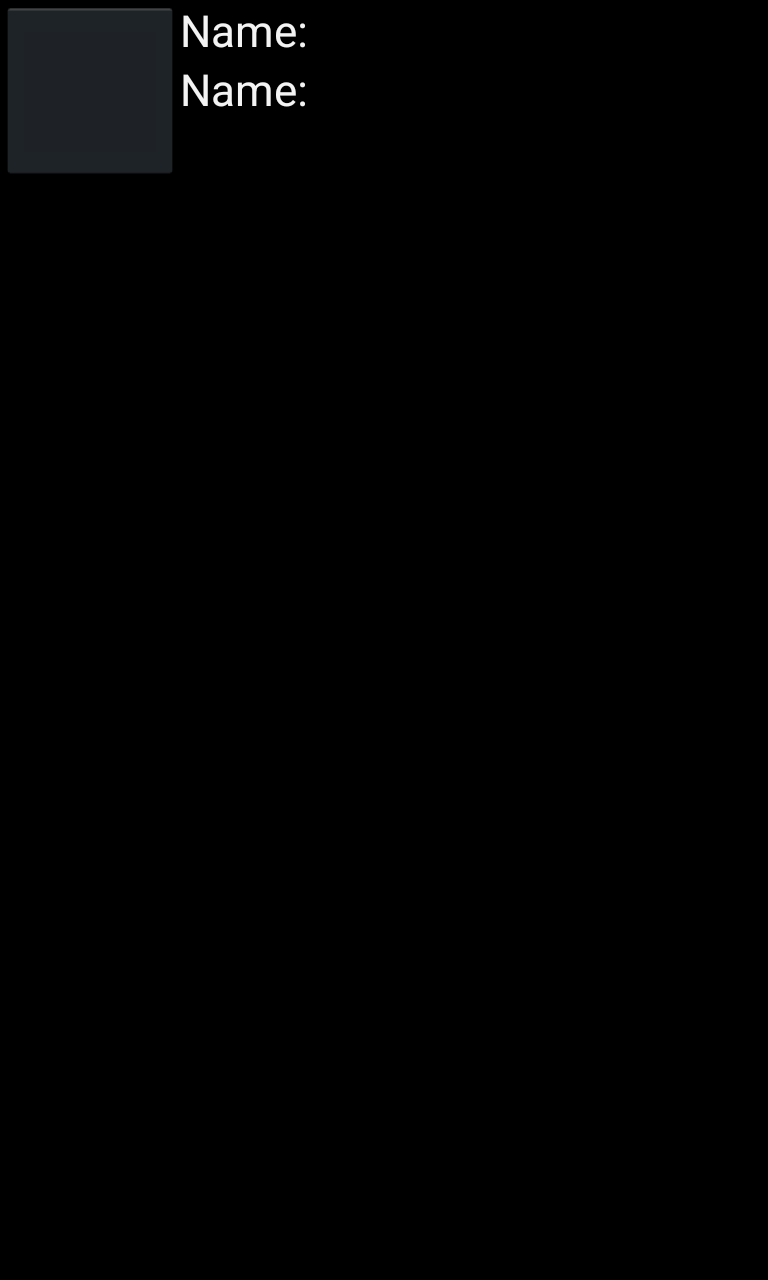
Repository: prayasjain/BunkMonitorApp
Layout: BunkMonitor/res/layout/subject_input.xml
These files come from the project's save history. The layout is drawn as it stood at one moment and after the next save; the edit follows.
It is drawn on a 768 x 1280 px phone screen (xhdpi) without system bars, with theme android:Theme.Holo; the app's code is not run.

Above is the layout before, as saved 2015-08-05 10:49:04.

### BunkMonitor/res/layout/subject_input.xml
<?xml version="1.0" encoding="utf-8"?>
<LinearLayout xmlns:android="http://schemas.android.com/apk/res/android"
    android:layout_width="match_parent"
    android:layout_height="match_parent"
    android:orientation="vertical" >

    <LinearLayout
        android:layout_width="wrap_content"
        android:layout_height="wrap_content"
        android:orientation="horizontal" >

        <Button
            android:id="@+id/bImage"
            android:layout_width="90dp"
            android:layout_height="90dp" />

        <LinearLayout
            android:layout_height="match_parent"
            android:layout_width="wrap_content"
            android:orientation="vertical">

            <TextView
                android:id="@+id/tvName"
                android:layout_width="wrap_content"
                android:layout_height="wrap_content"
                android:text="Name:"
                android:textAppearance="?android:attr/textAppearanceLarge" />


            <TextView
                android:id="@+id/tvProf"
                android:layout_width="wrap_content"
                android:layout_height="wrap_content"
                android:text="Name:"
                android:textAppearance="?android:attr/textAppearanceLarge" />

        </LinearLayout>
    </LinearLayout>

</LinearLayout>

After the next save:
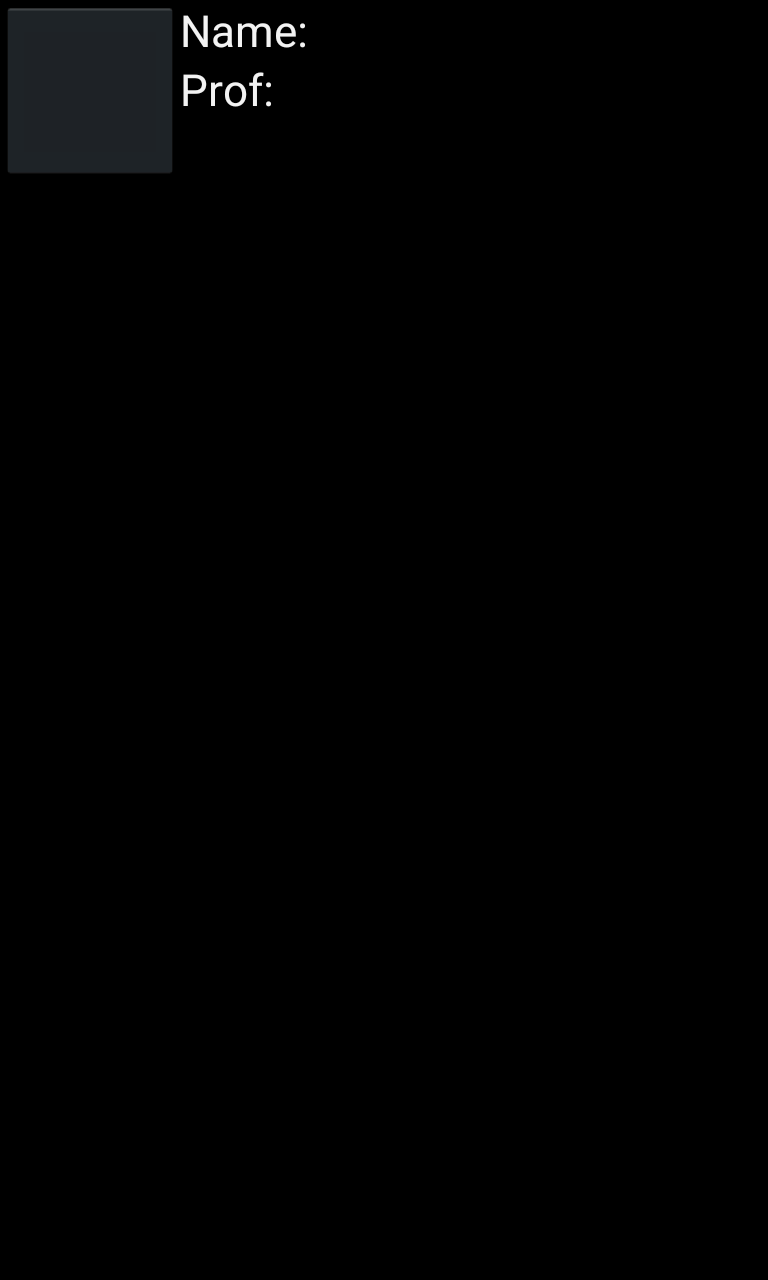
Saved 6 s later.
--- a/BunkMonitor/res/layout/subject_input.xml
+++ b/BunkMonitor/res/layout/subject_input.xml
@@ -31,7 +31,7 @@
                 android:id="@+id/tvProf"
                 android:layout_width="wrap_content"
                 android:layout_height="wrap_content"
-                android:text="Name:"
+                android:text="Prof:"
                 android:textAppearance="?android:attr/textAppearanceLarge" />
 
         </LinearLayout>
